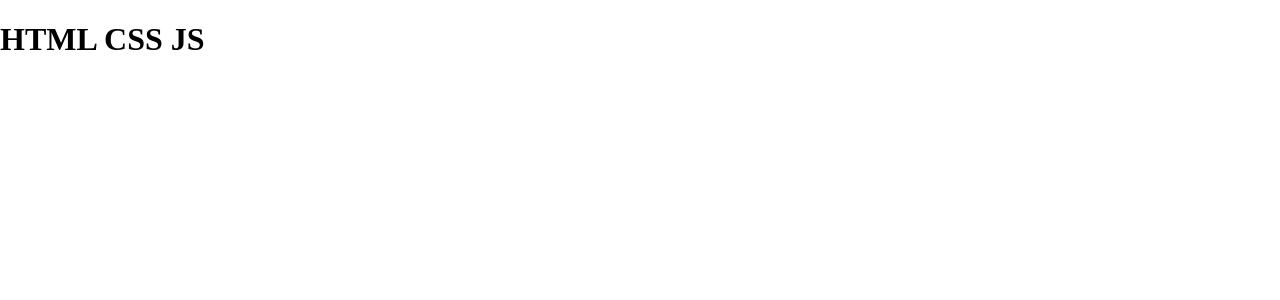
Repository: ufanodev/responsive-1
Page: index.html
These files come from the project's save history. The page is drawn as it stood at one moment and after the next save; the edit follows.
The browser window is 1280 px wide. The pictures show the whole page.

Above is the page before, as saved 2022-12-09 21:06:03.
Not found: js/app.js

### index.html
<!DOCTYPE html>
<html lang="en">
  <head>
    <meta charset="UTF-8">
    <meta name="viewport" content="width=device-width, initial-scale=1.0">
    <meta http-equiv="X-UA-Compatible" content="ie=edge">
    <title>HTML Responsive</title>
    <link rel="stylesheet" href="./css/style.css">
  </head>
  <body>
    <div id="parent">
        <div id="child">
        </div>
    </div>
    <h1>HTML CSS JS</h1>
	<script src="./js/app.js"></script>
  </body>
</html>

### css/style.css
* { box-sizing: border-box;}

body{
    margin: 0;
}

.parent{
    background-color:  #23424A;
    padding: 50 px;
}

.child{
    background-color:  #38CFD9;
    height: 250px;;
}

After the next save:
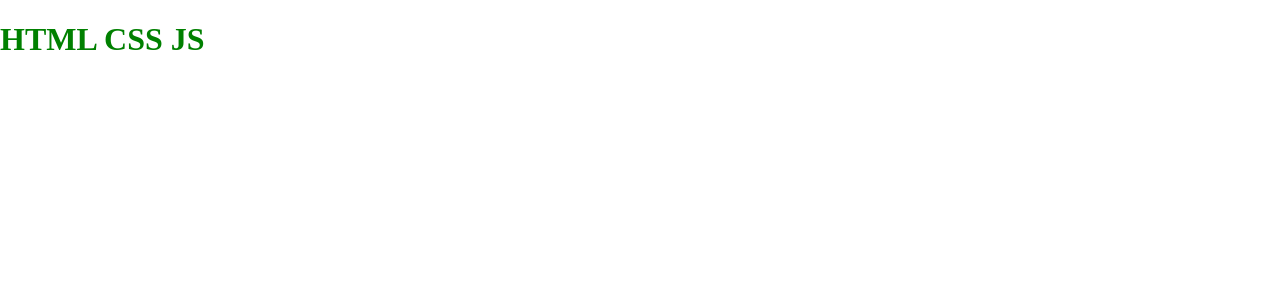
Saved 53 s later.
--- a/css/style.css
+++ b/css/style.css
@@ -2,6 +2,10 @@
 
 body{
     margin: 0;
+}
+
+h1{
+    color: green;
 }
 
 .parent{
